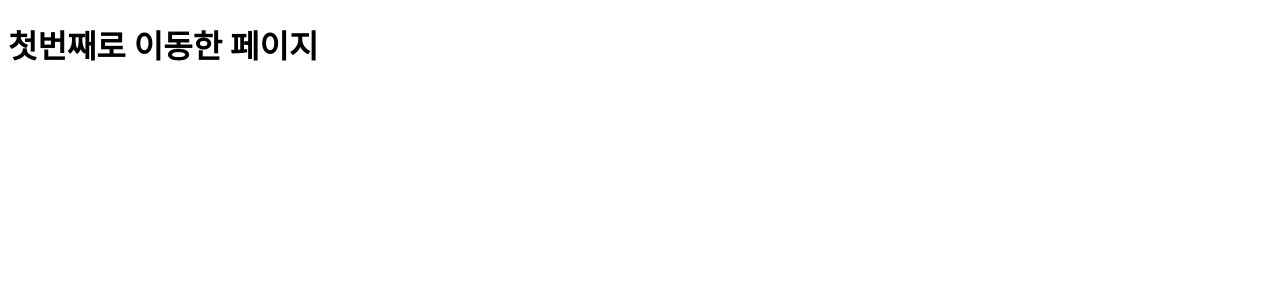
Repository: tjfgk97/sts3
Page: http://localhost/spring-first/first
An editor plug-in stored every save of this project. The page is shown before and after the next save, followed by the edit.
The browser window is 1280 px wide. The pictures show the whole page.
The page is served by Tomcat 9. Other server files are loaded and not shown.

Above is the page before, as saved 2024-02-01 04:57:33.

### spring-first/src/main/webapp/WEB-INF/views/first.jsp
<%@ page language="java" contentType="text/html; charset=UTF-8"
    pageEncoding="UTF-8"%>
<!DOCTYPE html>
<html>
<head>
<meta charset="UTF-8">
<title>Insert title here</title>
</head>
<body>
<h1>첫번째로 이동한 페이지</h1>
</body>
</html>

After the next save:
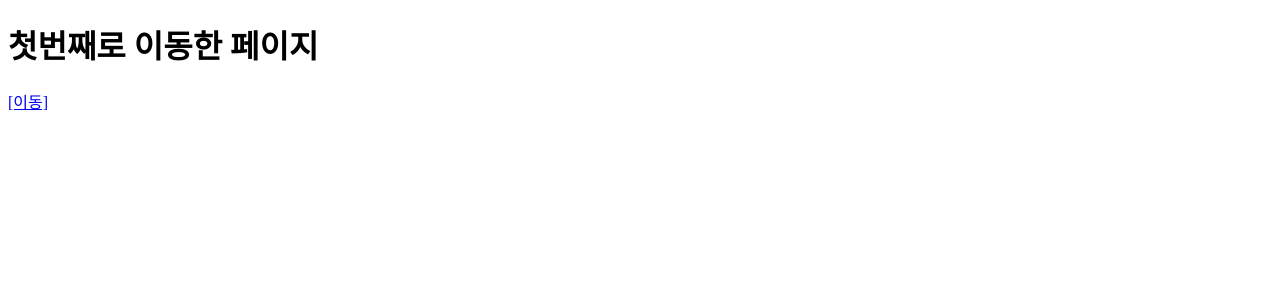
Saved 33 min 54 s later.
--- a/spring-first/src/main/webapp/WEB-INF/views/first.jsp
+++ b/spring-first/src/main/webapp/WEB-INF/views/first.jsp
@@ -8,5 +8,6 @@
 </head>
 <body>
 <h1>첫번째로 이동한 페이지</h1>
+<a href="second">[이동]</a>
 </body>
 </html>
